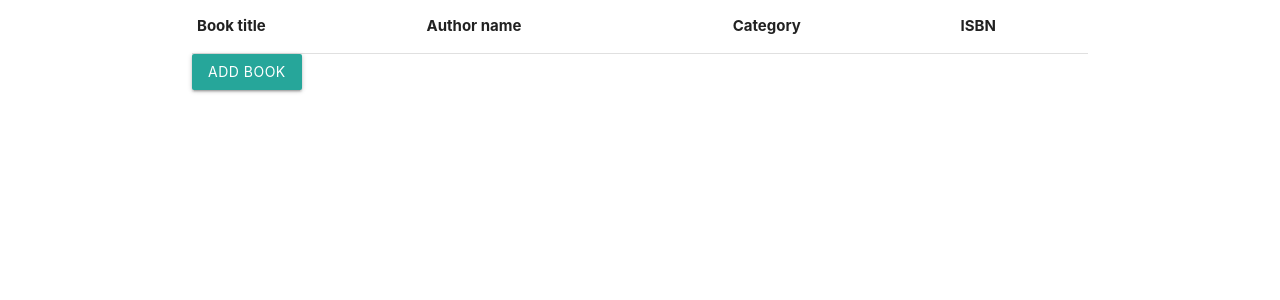
Repository: AlexanderBil/bookShalf
Page: /
The author's editor kept a copy of each file at every save. The page is drawn from the files as they stood at one save, then again after the next save.
The browser window is 1280 px wide. The pictures show the whole page.
The project was rebuilt for these pictures with package versions that can differ from the ones it lists, and the page was loaded fresh each time. Also part of the build but not shown: src/components/AddBook.js, src/components/Edit.js.

Above is the page before, as saved 2021-06-26 22:38:43.

After the next save:
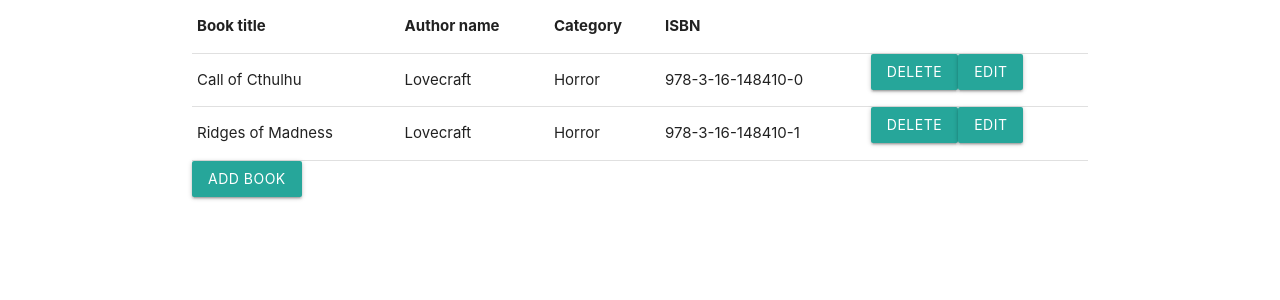
Saved 36 s later.
--- a/src/components/ListBook.js
+++ b/src/components/ListBook.js
@@ -9,7 +9,7 @@ function ListBook(props){
 // кладем в стейт booksList, книгі
   useEffect(() => {
     setBooksList(books)
-  }, []);
+  }, [books]);
 
 
    // функція видалення книги
